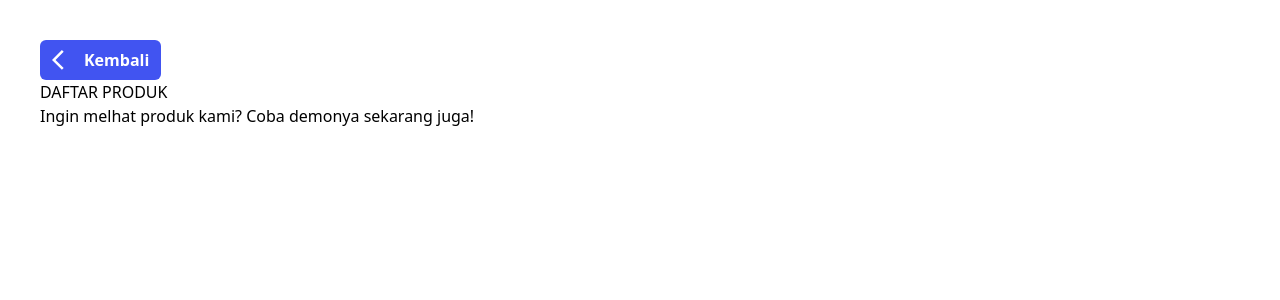
Repository: whytrno/sinovi-products
Page: /products
An editor plug-in stored every save of this project. The page is shown before and after the next save, followed by the edit.
The browser window is 1280 px wide. The pictures show the whole page.
The project was rebuilt for these pictures with package versions that can differ from the ones it lists, and the page was loaded fresh each time. The framework's server and built-in components were replaced by stand-ins that run in the browser. Also part of the build but not shown: next.config.js.

Above is the page before, as saved 2023-02-25 00:11:37.

After the next save:
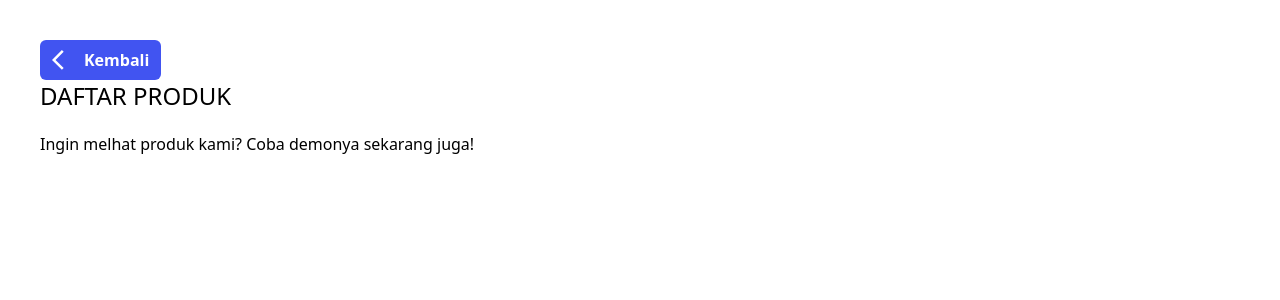
Saved 20 s later.
--- a/pages/products.js
+++ b/pages/products.js
@@ -9,9 +9,9 @@
                 <p className="text-md font-semibold">Kembali</p>
             </Link>
 
-            <div>
-                <h1>DAFTAR PRODUK</h1>
-                <p>Ingin melhat produk kami? Coba demonya sekarang juga!</p>
+            <div className="space-y-5">
+                <h1 className="text-2xl">DAFTAR PRODUK</h1>
+                <p className="text-md">Ingin melhat produk kami? Coba demonya sekarang juga!</p>
             </div>
         </div>
     )
